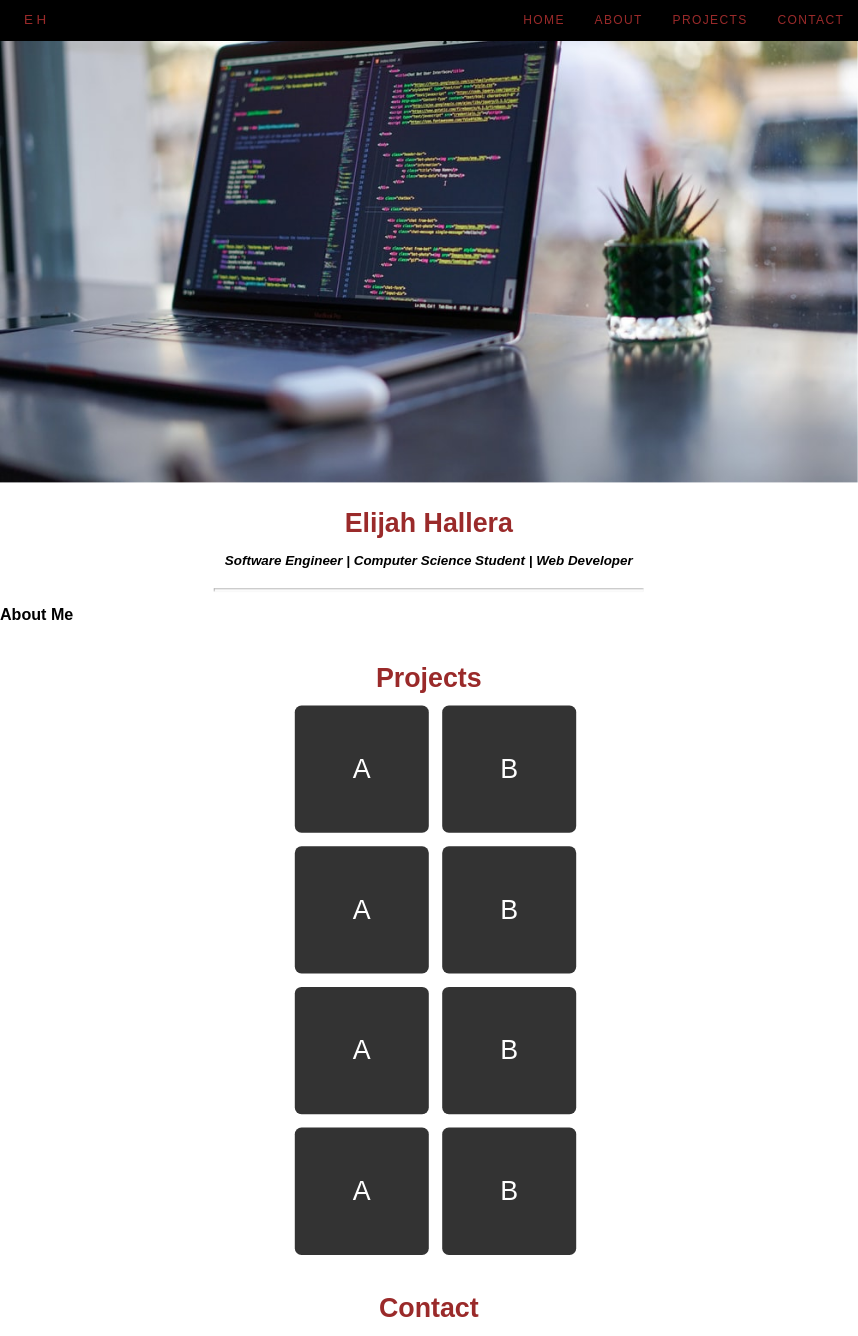
Repository: ElijahHallera/ElijahHallera.github.io
Page: http://localhost/
The author's editor kept a record of every edit. The page is drawn from the files as they stood at one moment, then again after the next edit.
The browser window is 1280 px wide. The pictures show the whole page, at 67% of full size.
Backgrounds fixed to the window are drawn as part of the page. The page is served by the project's Node server (index.js).

Above is the page before.

### views/Homepage.ejs
<%- include ('partials/header'); -%>

<!--

<div class="bg">
	<div class="centered">

		<div class="borderlines">
			<h3> Elijah Hallera </h3>
			<h2> Software Developer/Engineer</h2>
		</div>

		<nav>
			<a href= "/"> <button class="button btn btn-default"> Home </button></a>
			<a href= "/about"> <button class="button btn btn-default"> About </button></a>
			<a href= "/projects"> <button class="button btn btn-default"> Projects </button></a>
			<a href= "/contact"><button class="button btn btn-default"> Contact </button></a>
			</br>
			<a href="https://github.com/ElijahHallera"> <img class="gitIcon" src="images/git2.png"></a>
			<a href="https://www.linkedin.com/in/elijah-hallera-892278199/"><img class="linkedIcon" src="images/LinkedInLogo.png"></a>
		</nav>
	</div>

</div>

-->

<!-- NEW TEMPLATE FOR WEBSITE -->
<div class="wrapper" id="home">
	<header>
		<nav>
			<div class="websiteLogo">
				<a class="Logo" href="#home"> EH </a>
			</div>
			<div class="menu">
				<ul>
					<li><a href="#home">Home</a></li>
					<li><a href="#about">About</a></li>
					<li><a href="#projects">Projects</a></li>
					<li><a href="#contact">Contact</a></li>
				</ul>
			</div>
		</nav>
	</header>

	<div id="about" class="container">
		</br>
		<div class="content">
			<h1>Elijah Hallera</h1>
			<h4>Software Engineer | Computer Science Student | Web Developer</h4>
			<hr>
		</div>
		<div>
			<h2>About Me</h2>
		</div>
	</div>

	<div id="projects">
		</br>
		<div class="content">
			<h1>Projects</h1>
		</div>
		<div class="row">
			<div class="column"> A </div>
			<div class="column"> B </div>
			<div class="column"> A </div>
			<div class="column"> B </div>
		</div>
		<div class="row">
			<div class="column"> A </div>
			<div class="column"> B </div>
			<div class="column"> A </div>
			<div class="column"> B </div>
		</div>
	</div>

	<div id="contact">
		</br>
		<div class="content">
			<h1>Contact</h1>
		</div>
	</div>

</div>

### views/partials/header.ejs
<!DOCTYPE html>
<html>

  <head>
    <title>Hallera Portfolio</title>
    <meta charset="UTF-8">
    <meta name="viewport" content="width=device-width, initial-scale=1.0">
		<link rel='stylesheet' type='text/css' href='app.css'>
		<link rel="stylesheet" href="https://cdnjs.cloudflare.com/ajax/libs/font-awesome/4.7.0/css/font-awesome.min.css">
  </head>

  <body>

### index.js
/* App Configuration */
var express = require('express');
var methodOverride = require('method-override');

var app = express();
var port = process.env.PORT || 8080;

app.use(express.static('public'));
app.set('view engine', 'ejs');

/* Home Route */
app.get('/', function(req, res){
    res.render('Homepage');
});

app.get('/about', function(req, res){
    res.render('About');
});

app.get('/projects', function(req, res){
    res.render('Projects');
});

app.get('/contact', function(req, res){
    res.render('Contact');
});

/* Error Route*/
app.get('*', function(req, res){
   res.render('error');
});

app.listen(port, () => console.log(`Listening on port ${port}`));

### public/app.css
html, body{
  margin: 0;
  padding: 0;
  width: 100%;
}

html{
  scroll-behavior: smooth;
}

body{
  font-family: sans-serif;
}

header{
  width: 100%;
  height: 100vh;
  background-image: url("images/prog.jpg");
  background-repeat: no-repeat;
  background-size: cover;
  background-attachment: fixed;
}

h1{
  text-align: center;
  color: #9A2A2A;
}

h3{
  text-align: center;
}

h4{
  text-align: center;
  font-style: italic;
}

p{
  padding-left: 10px;
  padding-right: 10px;
}

nav{
  position: fixed;
  width: 100%;
  background-color: black;
}

nav ul{
  list-style: none;
  overflow: hidden;
  color: white;
  padding: 0;
  text-align: right;
  margin: 0;
}

nav.black ul{
  background: #000;
}

nav ul li{
  display: inline-block;
  padding: 20px;
}

nav ul li a{
  text-decoration: none;
  color: #9A2A2A;
  font-size: 18px;
  font-family: sans-serif;
  text-transform: uppercase;
  letter-spacing: 2px;
}

a.Logo{
  color: #9A2A2A;
  text-decoration: none;
}

hr{
  position: relative;
  width: 50%;
  height: 3px
}

.centered{
  position: fixed;
  top: 25%;
  left: 50%;
  transform: translate(-50%, -50%);
}

.content{
  width: 100%;
  font-size: 20px;
  line-height: 30px;
  text-align: justify;
}

.gitIcon{
  padding-top: 15px;
  width: 25px;
  height: auto;
  text-align: center;
}

.linkedIcon{
  padding-top: 15px;
  width: 25px;
  height: auto;
  text-align: center;
}

.profilePicture{
  position: center;
  height: 50%;
  width: 50%;
}

.websiteLogo{
  position: fixed;
  float: left;
  color: white;
  margin: 18px 36px;
  text-transform: uppercase;
  letter-spacing: 5px;
  font-size: 20px;
}

.row{
  margin: 20px auto;
  width:400px;
  height:400px;
  background-color: white;
  display: grid;
  grid-template-columns: 200px 200px;
  grid-row: auto auto;
  grid-column-gap: 20px;
  grid-row-gap: 20px;
  .column{
    background-color:#333;
    padding:20px;
    border-radius:10px;
    color:#fff;
    display:flex;
    align-items:center;
    justify-content:center;
    font-size:40px;
    font-family:sans-serif;
  }
}

After the next edit:
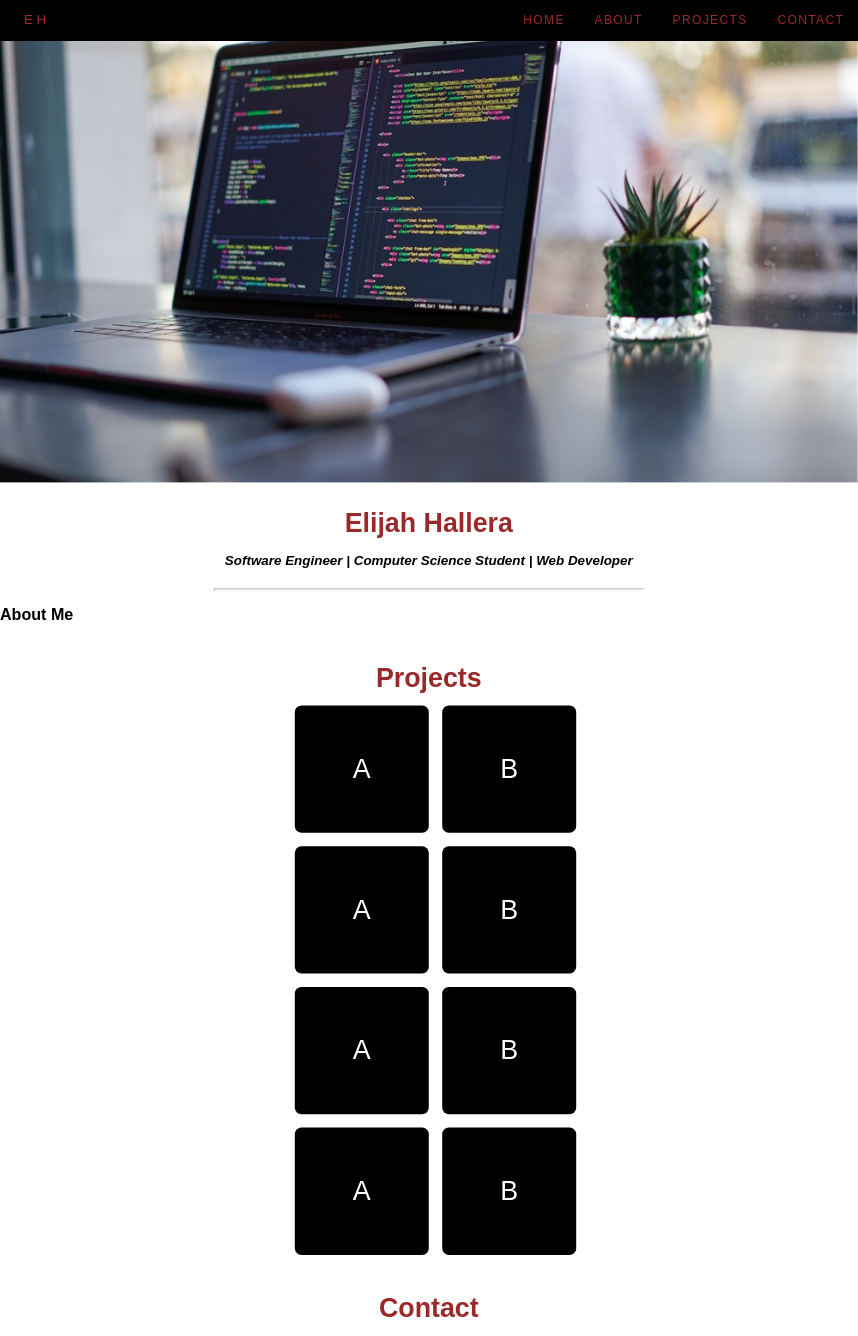
The edit:
--- a/public/app.css
+++ b/public/app.css
@@ -139,7 +139,7 @@
   grid-column-gap: 20px;
   grid-row-gap: 20px;
   .column{
-    background-color:#333;
+    background-color: black;
     padding:20px;
     border-radius:10px;
     color:#fff;
